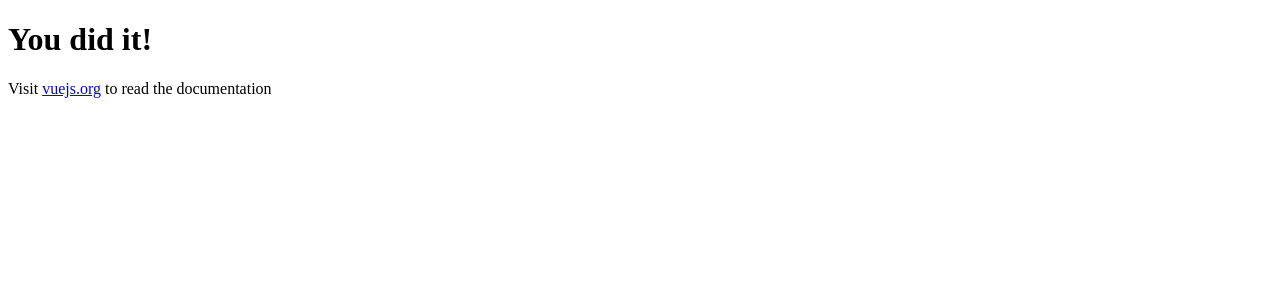
Repository: dojeee/dd-ui-gin
Page: /
These files come from the project's save history. The page is drawn as it stood at one moment and after the next save; the edit follows.
The browser window is 1280 px wide. The pictures show the whole page.
The project was rebuilt for these pictures with package versions that can differ from the ones it lists, and the page was loaded fresh each time. Also part of the build but not shown: vite.config.js.

Above is the page before, as saved 2025-08-21 22:30:36.

After the next save:
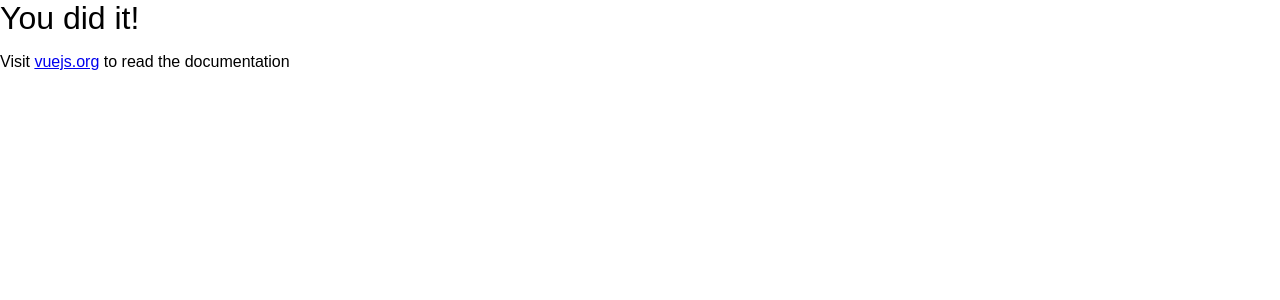
Saved 29 s later.
--- a/src/main.js
+++ b/src/main.js
@@ -1,5 +1,9 @@
 import { createApp } from 'vue'
 import App from './App.vue'
+
+import Antd from 'ant-design-vue';
+import 'ant-design-vue/dist/reset.css';
+
 
 const app = createApp(App)
 
